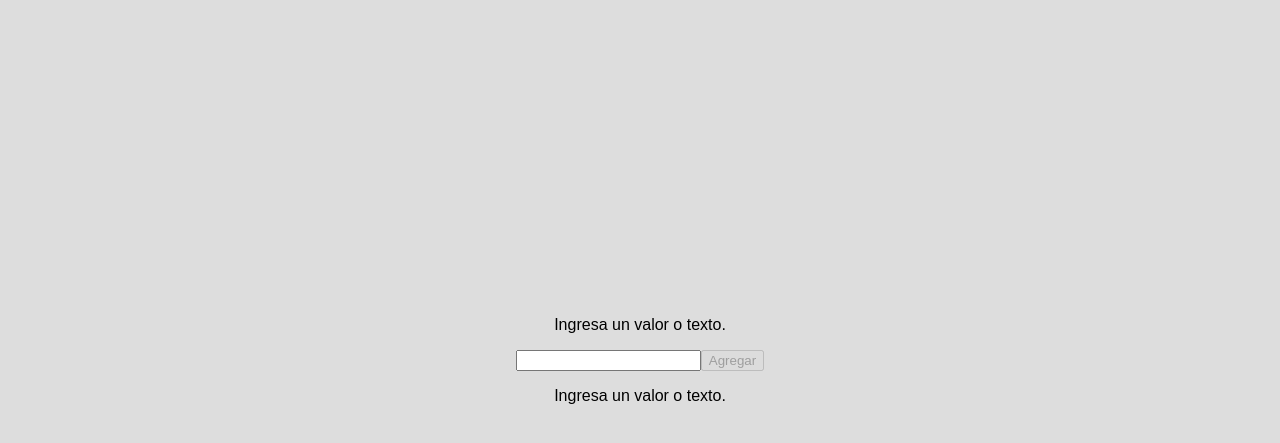
Repository: lucas-itup/react
Page: /
These files come from the project's save history. The page is drawn as it stood at one moment and after the next save; the edit follows.
The browser window is 1280 px wide. The pictures show the whole page.
The project was rebuilt for these pictures with package versions that can differ from the ones it lists, and the page was loaded fresh each time. Also part of the build but not shown: src/components/Checkbox.jsx.

Above is the page before, as saved 2022-12-04 20:07:50.

### src/App.js
import React from 'react';
import './App.css';
import Container from './components/Container';
function App() {
  return (
  <div className="App">
      <Container></Container>
  </div>);
}

export default App;

### src/App.css
html {
    background: #ddd;
    height: 100%;
    display: flex;
}

body {
    width: 100%;
    margin: auto;
}

.App {
    font-family: sans-serif;
    text-align: center;
}

### src/components/Container.jsx

import React from 'react'
import FormTodo from './FormTodo';
import TaskList from './TaskList';
import { useState } from 'react';

const Container = () => {
  const [list, setList] = useState([]);

  const handleAddItem = addItem => {
    setList([...list, addItem]);
  };
  return (
    <div>
      <p>Ingresa un valor o texto.</p>
      <FormTodo handleAddItem={handleAddItem} />
      <TaskList list={list} setList={setList} />
    </div>

  )
}

export default Container

### src/components/FormTodo.jsx

import React, { useState } from 'react';
const FormTodo = props => {
	const { handleAddItem } = props;
	const [description, setDescription] = useState("");
	const handleSubmit = e => {
	  e.preventDefault();

	  handleAddItem({
		done: false,
		id: (+new Date()).toString(),
		description
	  });
	  setDescription("");
	};
	return (
	  <form onSubmit={handleSubmit}>

		<div className="todo-list">
		  <div className="file-input">

			<input
			  type="text"
			  className="text"
			  value={description}
			  onChange={e => setDescription(e.target.value)}
			/>

			<button
			  className="button pink"
			  disabled={description ? "" : "disabled"}
			>
			  Agregar
			</button>
		  </div>
		</div>
	  </form>
	);
  };



export default FormTodo;

### src/components/TaskList.jsx
import React from "react";
import Checkbox from "./Checkbox";
const TaskList = props => {

    const { list, setList } = props;

    const onChangeStatus = e => {
      const { name, checked } = e.target;


      const updateList = list.map(item => ({
        ...item,
        done: item.id === name ? checked : item.done
      }));
      setList(updateList);
    };


    const onClickRemoveItem = e => {
      const updateList = list.filter(item => !item.done);
      setList(updateList);
    };


    const chk = list.map(item => (
      <Checkbox key={item.id} data={item} onChange={onChangeStatus} />
    ));
    return (
      <div className="todo-list">
        <p>Ingresa un valor o texto.</p>
        {list.length ? chk : ""}

        {list.length ? (
          <p>
            <button className="button blue" onClick={onClickRemoveItem}>
              Borrar todos
            </button>
          </p>
        ) : null}
      </div>
    );
  };

export default TaskList;

Loaded but not shown: public/index.html (common file); src/index.js (common file); src/index.css (common file); src/reportWebVitals.js (common file)

After the next save:
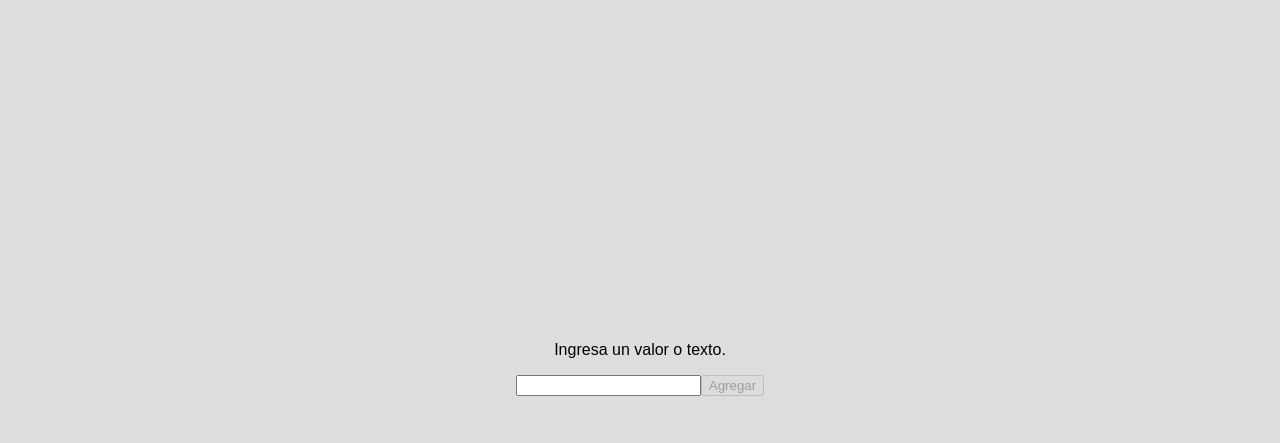
Saved 13 s later.
--- a/src/components/TaskList.jsx
+++ b/src/components/TaskList.jsx
@@ -27,7 +27,6 @@ const TaskList = props => {
     ));
     return (
       <div className="todo-list">
-        <p>Ingresa un valor o texto.</p>
         {list.length ? chk : ""}
 
         {list.length ? (
